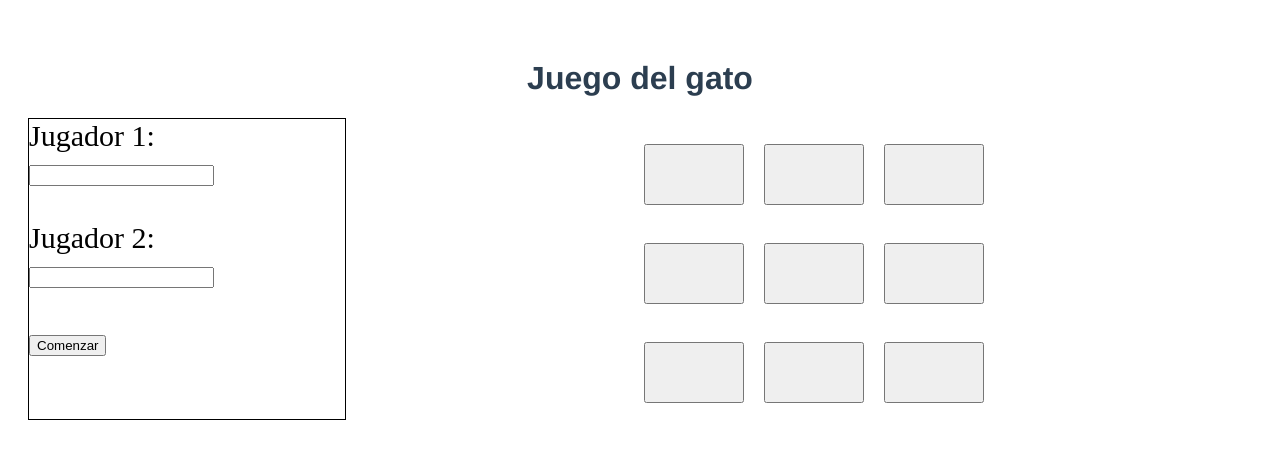
Repository: franciscamanquecheo/Taller-2
Page: / (app in vite-project/)
An editor plug-in stored every save of this project. The page is shown before and after the next save, followed by the edit.
The browser window is 1280 px wide. The pictures show the whole page.
The project was rebuilt for these pictures with package versions that can differ from the ones it lists, and the page was loaded fresh each time. Also part of the build but not shown: vite-project/vite.config.ts.

Above is the page before, as saved 2022-06-17 17:48:00.

After the next save:
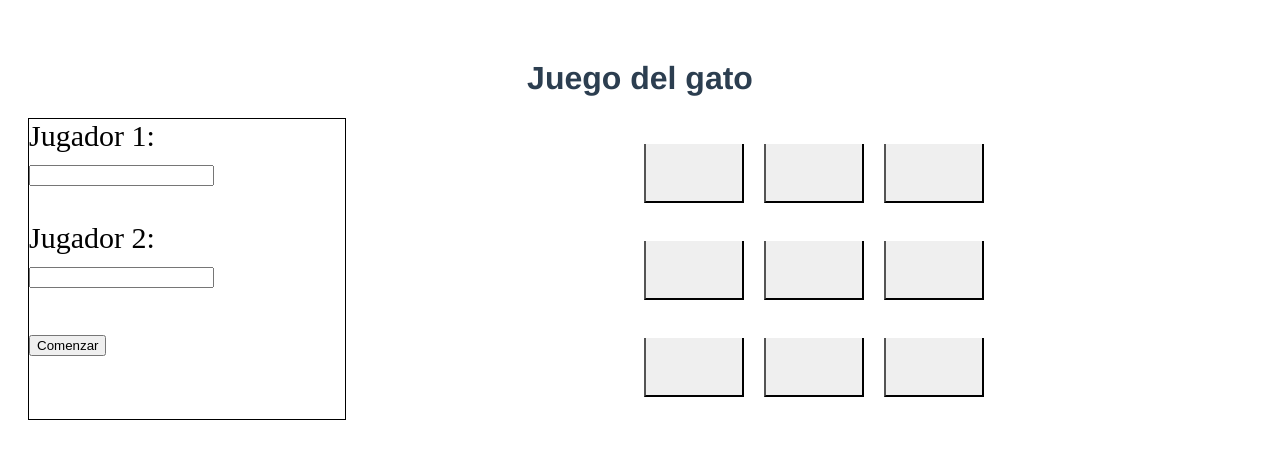
Saved 46 s later.
--- a/vite-project/src/App.vue
+++ b/vite-project/src/App.vue
@@ -74,6 +74,7 @@ article#Tablero{
    text-align: right;
 }
 article#Tablero input{
+  border-top: 20px;
   font-size: 3em;
   height: 100 px;
   width: 100px;
